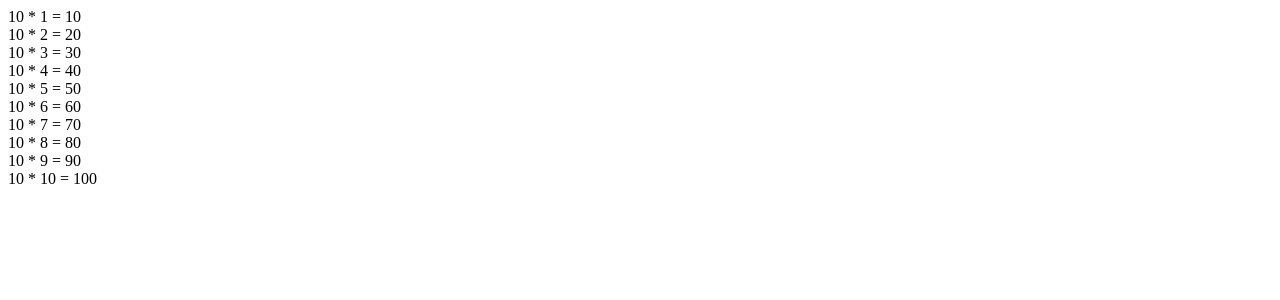
Repository: Fablilsonoliver/logica1
Page: index.html
These files come from the project's save history. The page is drawn as it stood at one moment and after the next save; the edit follows.
The browser window is 1280 px wide. The pictures show the whole page.

Above is the page before, as saved 2025-04-29 11:13:52.

After the next save:
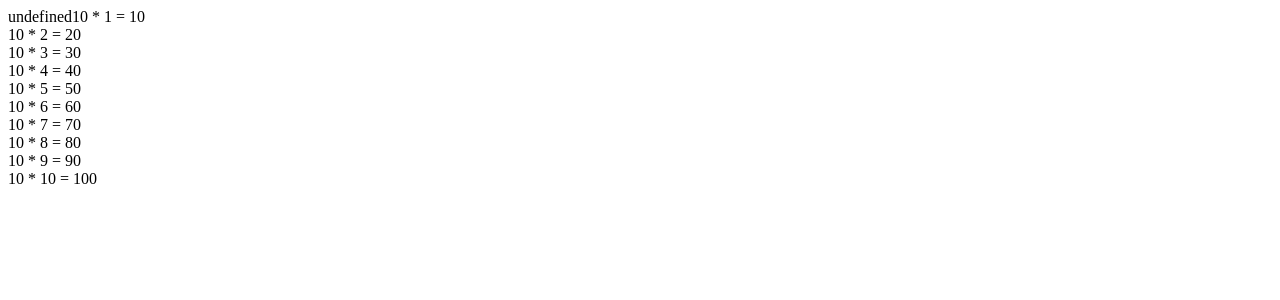
Saved 109 s later.
--- a/app.js
+++ b/app.js
@@ -29,7 +29,7 @@
 
 function tabuada(numero) {
     let i = 1;
-    let array = [];
+    let array;
     while (i <= 10) {
         array += `${numero} * ${i} = ${numero * i}<br>`;
         i++;

After the save that followed:
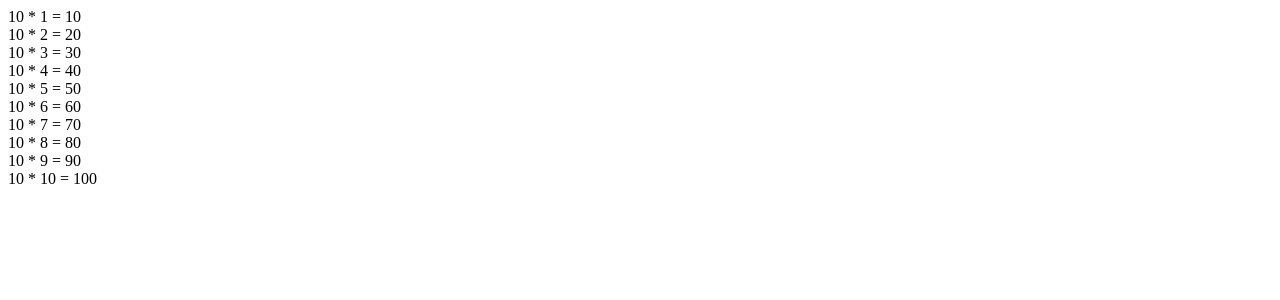
Saved 6 s later.
--- a/app.js
+++ b/app.js
@@ -29,7 +29,7 @@
 
 function tabuada(numero) {
     let i = 1;
-    let array;
+    let array = [];
     while (i <= 10) {
         array += `${numero} * ${i} = ${numero * i}<br>`;
         i++;
